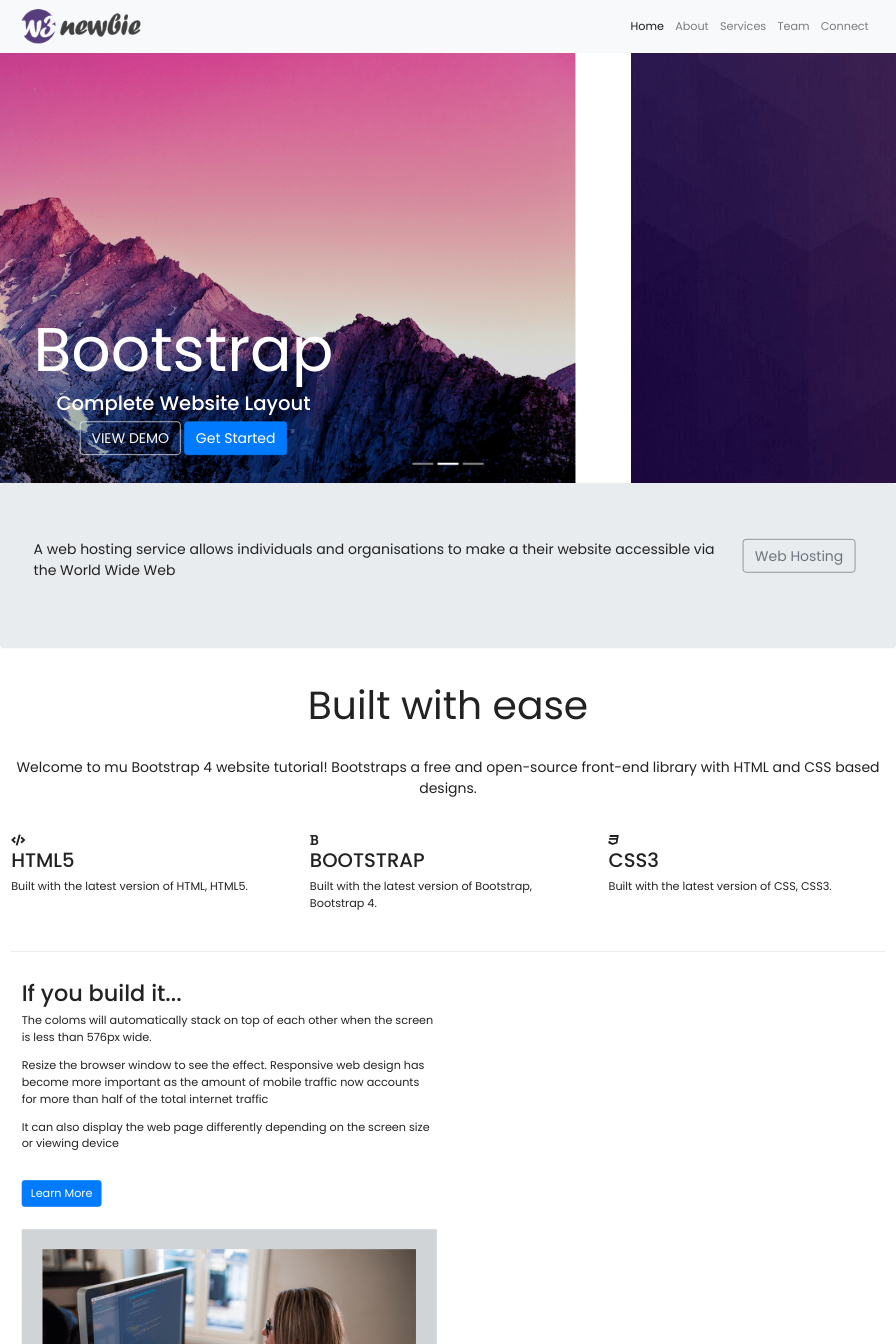
Repository: rkyankya/Bootstrap-1
Page: index.html
The author's editor kept a copy of each file at every save. The page is drawn from the files as they stood at one save, then again after the next save.
The browser window is 1280 px wide. The pictures show the part of the page from y = 0 to 1920 px (the page is 4799 px tall before and 4808 px after), at 70% of full size.
Some web libraries are served in a nearby version.

Above is the page before, as saved 2019-12-17 21:57:57.

### index.html
<!DOCTYPE html>
<html lang="en">

<head>
    <meta charset="utf-8">
    <meta name="viewport" content="width=device-width, initial-scale=1">
    <title>Complete Bootstrap 4 Website Layout</title>
    <link rel="stylesheet" href="https://maxcdn.bootstrapcdn.com/bootstrap/4.0.0/css/bootstrap.min.css">
    <script src="https://ajax.googleapis.com/ajax/libs/jquery/3.3.1/jquery.min.js"></script>
    <script src="https://cdnjs.cloudflare.com/ajax/libs/popper.js/1.12.9/umd/popper.min.js"></script>
    <script src="https://maxcdn.bootstrapcdn.com/bootstrap/4.0.0/js/bootstrap.min.js"></script>
    <script src="https://use.fontawesome.com/releases/v5.0.8/js/all.js"></script>
    <link href="style.css" rel="stylesheet">
</head>

<body>

    <!-- Navigation -->
    <nav class="navbar navbar-expand-md navbar-light bg-light sticky-top">
        <div class="container-fluid">
            <a class="navbar-brand" href="#"><img src="img/logo.png" alt="#"></a>
            <button class="navbar-toggler" type="button" data-toggler="collapse" data-target="#navbarResponsive">
          <span class="navbar-toggler-icon"></span>
        </button>
            <div class="collapse navbar-collapse" id="navbarResponsive">
                <ul class="navbar-nav ml-auto">
                    <li class="nav-item active">
                        <a class="nav-link" href="#">Home</a>
                    </li>
                    <li class="nav-item">
                        <a class="nav-link" href="#">About</a>
                    </li>
                    <li class="nav-item">
                        <a class="nav-link" href="#">Services</a>
                    </li>
                    <li class="nav-item">
                        <a class="nav-link" href="#">Team</a>
                    </li>
                    <li class="nav-item">
                        <a class="nav-link" href="#">Connect</a>
                    </li>
                </ul>
            </div>
        </div>
    </nav>

    <!--- Image Slider -->
    <div id="slides" class="carousel slide" data-ride="carousel">
        <ul class="carousel-indicators">
            <li data-target="#slides" data-slide-to="0" class="active"></li>
            <li data-target="#slides" data-slide-to="1"></li>
            <li data-target="#slides" data-slide-to="2"></li>
        </ul>
        <div class="carousel-inner">
            <div class="carousel-item active">
                <img src="img/background.png" alt="#">
                <div class="carousel-caption">
                    <h1 class="display-2">Bootstrap</h1>
                    <h3>Complete Website Layout</h3>
                    <button type="button" class="btn btn-outline-light btn-lg">VIEW DEMO</button>
                    <button type="button" class="btn btn-primary btn-lg">Get Started</button>
                </div>
            </div>
            <div class="carousel-item">
                <img src="img/background2.png" alt="#">
            </div>
            <div class="carousel-item">
                <img src="img/background3.png" alt="#">
            </div>
        </div>
    </div>

    <!--- Jumbotron -->
    <div class="container-fluid">
        <div class="row jumbotron">
            <div class="col-xs-12 col-sm-12 col-md-9 col-lg-9 col-xl-10">
                <!--Bootstrap has 12 coloms the 12 describes the coloms to take-->
                <p class="lead">A web hosting service allows individuals and organisations to make a their website accessible via the World Wide Web
                </p>
            </div>
            <div class="col-xs-12 col-sm-12 col-md-3 col-lg-3 col-xl-2">
                <a href="#">
                    <button type="button" class="btn btn-outline-secondary btn-lg">Web Hosting</button>
                </a>
            </div>
        </div>
    </div>


    <!--- Welcome Section -->
    <div class="container-fluid padding">
        <div class="row welcome text-center">
            <div class="col-12">
                <h1 class="display-4">Built with ease</h1>
            </div>
            <hr class="my-4">
            <div class="col-12">
                <p class="lead">Welcome to mu Bootstrap 4 website tutorial! Bootstraps a free and open-source front-end library with HTML and CSS based designs.
                </p>
            </div>
        </div>
    </div>

    <!--- Three Column Section -->
    <div class="container-fluid padding">
        <div class="row text-centre padding">
            <div class="col-xs-12 col-sm-6 col-md-4">
                <i class="fas fa-code"></i>
                <h3>HTML5</h3>
                <p>Built with the latest version of HTML, HTML5.</p>
            </div>
            <div class="col-xs-12 col-sm-6 col-md-4">
                <i class="fas fa-bold"></i>
                <h3>BOOTSTRAP</h3>
                <p>Built with the latest version of Bootstrap, Bootstrap 4.</p>
            </div>
            <div class="col-sm-12 col-md-4">
                <i class="fab fa-css3"></i>
                <h3>CSS3</h3>
                <p>Built with the latest version of CSS, CSS3.</p>
            </div>
        </div>
        <hr class="my-4">
    </div>


    <!--- Two Column Section -->
    <div class="container-fluid padding">
        <div class="row-padding">
            <div class="col-md-12 col-lg-6">
                <h2>If you build it...</h2>
                <p>The coloms will automatically stack on top of each other when the screen is less than 576px wide.</p>
                <p>Resize the browser window to see the effect. Responsive web design has become more important as the amount of mobile traffic now accounts for more than half of the total internet traffic</p>
                <p>It can also display the web page differently depending on the screen size or viewing device</p>
                <br>
                <a href="#" class="btn btn-primary">Learn More</a>
            </div>
            <div class="col-lg-6">
                <img src="img/desk.png" class="img-fluid" alt="#">
            </div>
        </div>
    </div>

    <hr class="my-4">

    <!--- Fixed background -->
    <figure>
        <div class="fixed-wrap">
            <div id="fixed"></div>
        </div>
    </figure>


    <!--- Emoji Section -->
    <button class="fun" data-toggle="collapse" data-target="#emoji">Click For Fun</button>
    <div id="emoji" class="collapse">
        <div class="container-fluid padding">
            <div class="row text-center">
                <div class="col-sm-6 col-md-3">
                    <img class="gif" src="img/gif/panda.gif" alt="#">
                </div>
                <div class="col-sm-6 col-md-3">
                    <img class="gif" src="img/gif/unicorn.gif" alt="#">
                </div>
                <div class="col-sm-6 col-md-3">
                    <img class="gif" src="img/gif/poo.gif" alt="#">
                </div>
                <div class="col-sm-6 col-md-3">
                    <img class="gif" src="img/gif/chicken.gif" alt="#">
                </div>
            </div>
        </div>
    </div>


    <!--- Meet the team -->
    <div class="container-fluid padding">
        <div class="row-welcome text-center">
            <div class="col-12">
                <h1 class="display-4"> Meet the Team</h1>
            </div>
        </div>
    </div>


    <!--- Cards -->
    <div class="container-fluid padding">
        <div class="row welcome text">
            <div class="col-md-4">
                <div class="card">
                    <img class="card-imd-top" src="img/team1.png" alt="#">
                    <div class="card-body">
                        <h4 class="card-title">John Doe</h4>
                        <p class="card-text">Joe is an internet entrepreneur with almost 20 years of experience</p>
                        <a href="#" class="btn btn-outline-secondary"> See Profile</a>
                    </div>
                </div>
            </div>
            <div class="col-md-4">
                <div class="card">
                    <img class="card-imd-top" src="img/team2.png" alt="#">
                    <div class="card-body">
                        <h4 class="card-title">Mary Jo</h4>
                        <p class="card-text">Mary is a designer with almost 10 yeas of digital experience</p>
                        <a href="#" class="btn btn-outline-secondary"> See Profile</a>
                    </div>
                </div>
            </div>
            <div class="col-md-4">
                <div class="card">
                    <img class="card-imd-top" src="img/team3.png" alt="#">
                    <div class="card-body">
                        <h4 class="card-title">Phil Ho</h4>
                        <p class="card-text">Phil is a developer with over 5 years of web development experience</p>
                        <a href="#" class="btn btn-outline-secondary"> See Profile</a>
                    </div>
                </div>
            </div>
        </div>
    </div>


    <!--- Two Column Section -->
    <div class="container-fluid padding">
        <div class="row-padding">
            <div class="col-md-12 col-lg-6">
                <h2>Our Philosophy</h2>
                <p>We know that greatness is a distruptive era requires bold ambition, curious talent and a culture that believes we're smarter together</p>
                <p>We approach ever challege holistically, with best-in-class expertise in data, creativity, media, techology. search, social and more. We call this Alchemy. It has the powerto build our clients brands and transform their business. And while
                    it may seem like magic, we've got it down to a science</p>

                <br>
                <a href="#" class="btn btn-primary">Learn More</a>
            </div>
            <div class="col-lg-6">
                <img src="img/bootstrap2.png" class="img-fluid" alt="#">
            </div>
        </div>
    </div>


    <!--- Connect -->
    <div class="container-fluid padding">
        <div class="row text-center padding">
            <div class="col-12">
                <h2>Connect</h2>
            </div>
            <div class="col-12 social padding">
                <a href="#"><i class="fab fa-facebook"></i></a>
                <a href="#"><i class="fab fa-twitter"></i></a>
                <a href="#"><i class="fab fa-instagram"></i></a>
                <a href="#"><i class="fab fa-google-plus-g"></i></a>
                <a href="#"><i class="fab fa-youtube"></i></a>
            </div>
        </div>
    </div>



    <!--- Footer -->
    <footer>
        <div class="container-fluid padding">
            <div class="row text-center">
                <div class="col-md-4">
                    <img src="img/w3newbie.png" alt="#">
                    <hr class="light">
                    <p>256 708 322 323</p>
                    <p>email@email.com</p>
                    <p>Kirinya Bweyogerere</p>
                    <p>Kampala Uganda</p>
                </div>
                <div class="col-md-4">
                    <hr class="light">
                    <h5>Our Hours</h5>
                    <hr class="light">
                    <p>Monday: 9am-5pm</p>
                    <p>Saturday: 10am-4pm</p>
                    <p>Sunday: closed</p>
                </div>
                <div class="col-md-12">
                    <hr class="light">
                    <h5> Service Area </h5>
                    <hr class="light">
                    <hr class="light">
                    <p>City, State, 0000</p>
                    <p>City, State, 0000</p>
                    <p>City, State, 0000</p>
                    <p>City, State, 0000</p>
                </div>
                <div class="col-12">
                    <hr class="light">
                    <h5>&copy; w3newbie.com</h5>
                </div>

            </div>
        </div>
    </footer>




</body>

</html>

### style.css
@import url('https://fonts.googleapis.com/css?family=Poppins:400,500,700');
html,
body {
    height: 100%;
    width: 100%;
    font-family: 'Poppins', sans-serif;
    color: #222;
}


/*---Media Queries --*/

@media (max-width: 992px) {}

@media (max-width: 768px) {}

@media (max-width: 576px) {}


/*---Firefox Bug Fix --*/

.carousel-item {
    transition: -webkit-transform 0.5s ease;
    transition: transform 0.5s ease;
    transition: transform 0.5s ease, -webkit-transform 0.5s ease;
    -webkit-backface-visibility: visible;
    backface-visibility: visible;
}


/*--- Fixed Background Image --*/

figure {
    position: relative;
    width: 100%;
    height: 60%;
    margin: 0!important;
}

.fixed-wrap {
    clip: rect(0, auto, auto, 0);
    position: absolute;
    top: 0;
    left: 0;
    width: 100%;
    height: 100%;
}

#fixed {
    background-image: url('img/mac.png');
    position: fixed;
    display: block;
    top: 0;
    left: 0;
    width: 100%;
    height: 100%;
    background-size: cover;
    background-position: center center;
    -webkit-transform: translateZ(0);
    transform: translateZ(0);
    will-change: transform;
}


/*--- Bootstrap Padding Fix --*/

[class*="col-"] {
    padding: 1rem;
}


/*
Extra small (xs) devices (portrait phones, less than 576px)
No media query since this is the default in Bootstrap

Small (sm) devices (landscape phones, 576px and up)
@media (min-width: 576px) { ... }

Medium (md) devices (tablets, 768px and up)
@media (min-width: 768px) { ... }

Large (lg) devices (desktops, 992px and up)
@media (min-width: 992px) { ... }

Extra (xl) large devices (large desktops, 1200px and up)
@media (min-width: 1200px) { ... }
*/

After the next save:
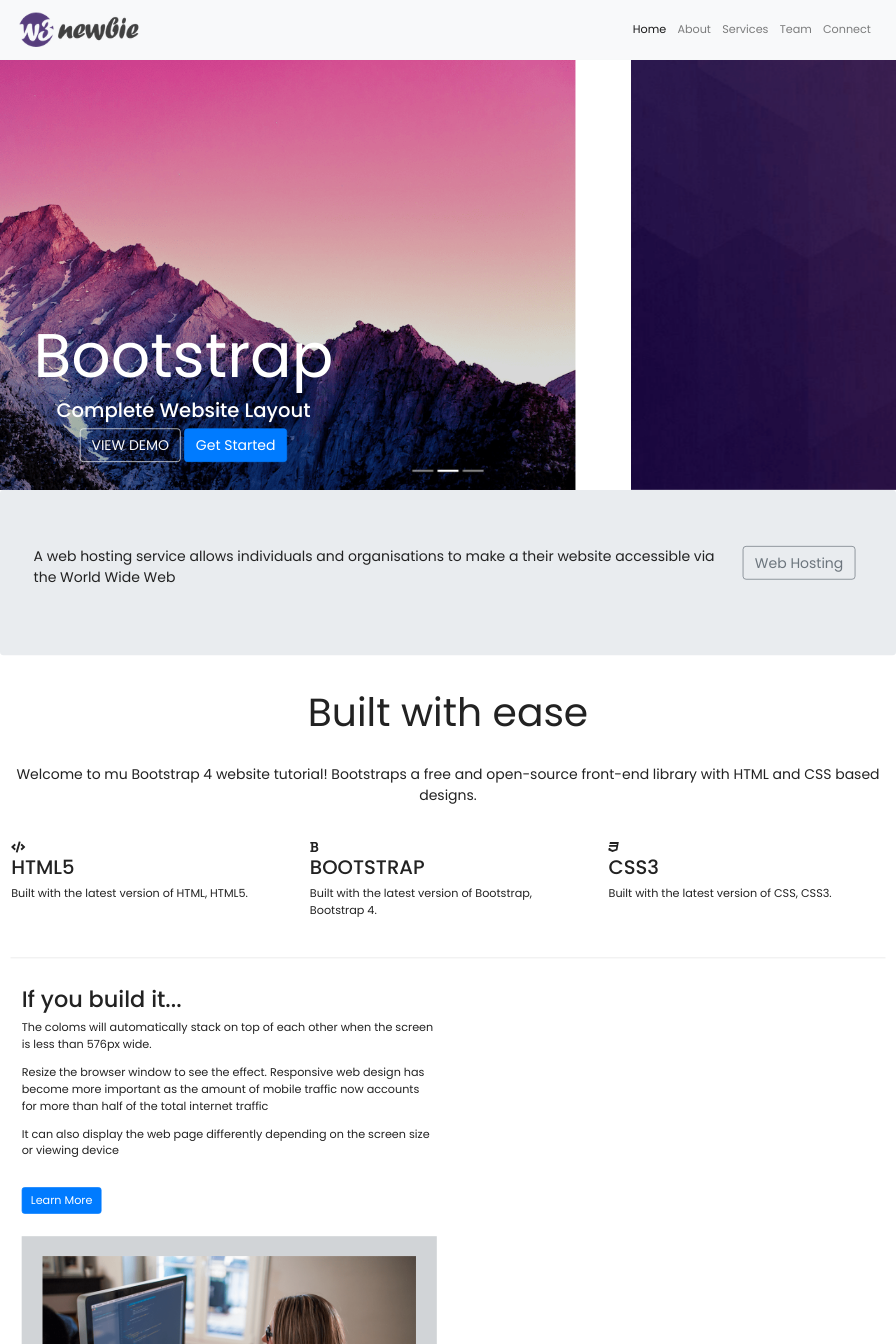
Saved 23 min 33 s later.
--- a/style.css
+++ b/style.css
@@ -5,6 +5,10 @@ body {
     width: 100%;
     font-family: 'Poppins', sans-serif;
     color: #222;
+}
+
+.navbar {
+    padding: 0.8rem;
 }
 
 
